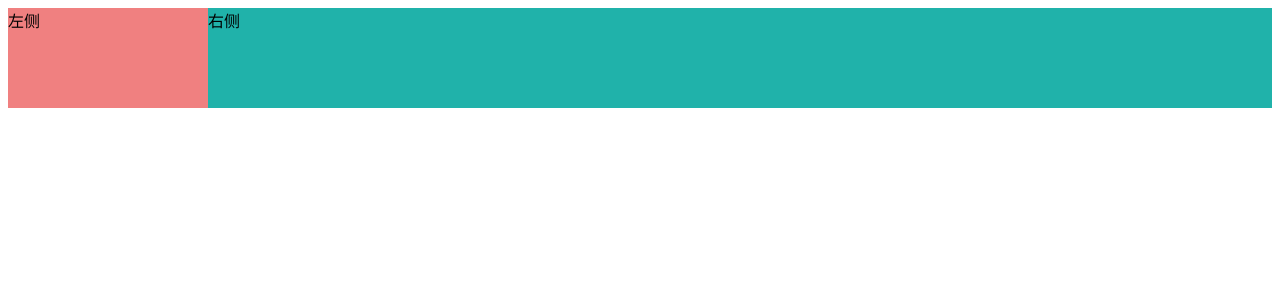
Repository: ljwrookie/Front-end-interview-handwritten-code
Page: 两栏布局.html
An editor plug-in stored every save of this project. The page is shown before and after the next save, followed by the edit.
The browser window is 1280 px wide. The pictures show the whole page.

Above is the page before, as saved 2022-04-07 11:36:04.

### 两栏布局.html
<!DOCTYPE html>
<html lang="en">
	<head>
		<meta charset="UTF-8" />
		<meta http-equiv="X-UA-Compatible" content="IE=edge" />
		<meta name="viewport" content="width=device-width, initial-scale=1.0" />
		<title>两栏布局</title>
		<style>
			div {
				margin: 0;
				padding: 0;
			}
			.outer {
				height: 100px;
			}
			.left {
				float: left;
				width: 200px;
				height: 100%;
				background: lightcoral;
			}
			.right {
				margin-left: 200px;
				height: 100%;
				background: lightseagreen;
			}
		</style>
	</head>
	<body>
		<div class="outer">
			<div class="left">左侧</div>
			<div class="right">右侧</div>
		</div>
	</body>
</html>

After the next save:
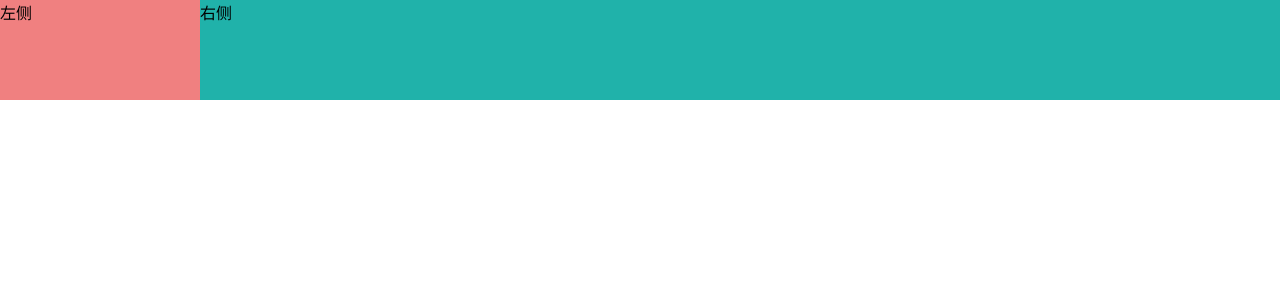
Saved 14 s later.
--- a/两栏布局.html
+++ b/两栏布局.html
@@ -6,7 +6,8 @@
 		<meta name="viewport" content="width=device-width, initial-scale=1.0" />
 		<title>两栏布局</title>
 		<style>
-			div {
+			div,
+			body {
 				margin: 0;
 				padding: 0;
 			}
